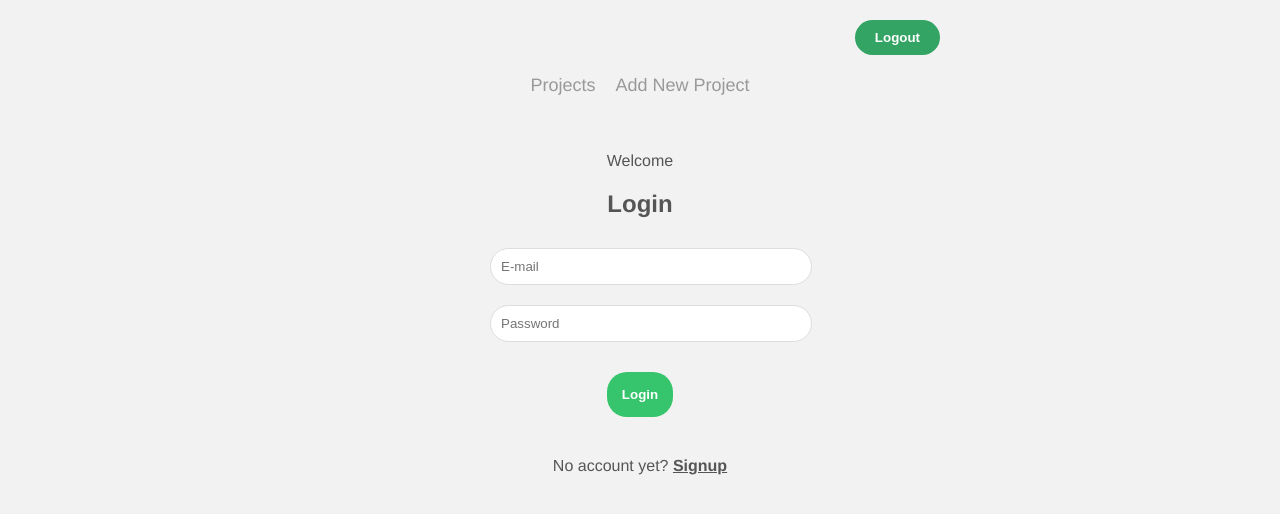
Repository: sercanisli/task-app
Page: /
These files come from the project's save history. The page is drawn as it stood at one moment and after the next save; the edit follows.
The browser window is 1280 px wide. The pictures show the whole page.
The project was rebuilt for these pictures with package versions that can differ from the ones it lists, and the page was loaded fresh each time. Also part of the build but not shown: vue.config.js, src/composables/useSignup.js, src/components/SignupForm.vue. Imported but missing from the stored project, and not drawn on this page: src/views/AddProject.vue.

Above is the page before, as saved 2024-05-09 22:06:16.

After the next save:
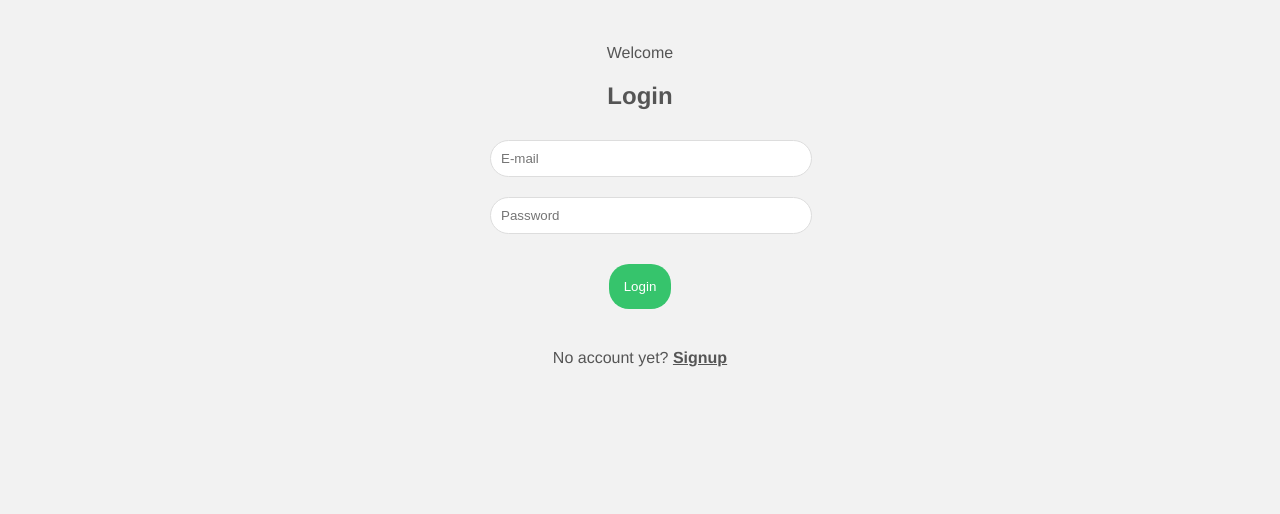
Saved 5 min 14 s later.
--- a/src/App.vue
+++ b/src/App.vue
@@ -1,18 +1,10 @@
 <template>
   <div>
-    <Navbar />
     <router-view />
   </div>
 </template>
 
-<script>
-import Navbar from "./components/Navbar.vue";
-export default {
-  components: {
-    Navbar,
-  },
-};
-</script>
+<script></script>
 
 <style>
 body {
